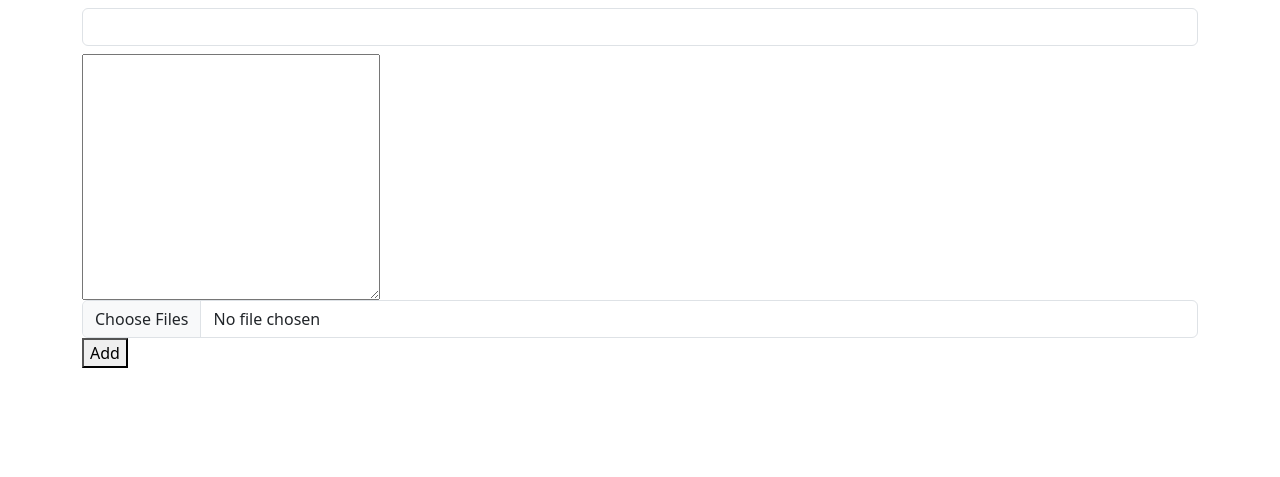
Repository: wasimalbokae2000/blogs
Page: http://localhost/posts/create
An editor plug-in stored every save of this project. The page is shown before and after the next save, followed by the edit.
The browser window is 1280 px wide. The pictures show the whole page.
The page is served by the project's Laravel application, run on PHP 8.4 with Laravel 12. Other server files are loaded and not shown.

Above is the page before, as saved 2024-11-27 23:08:12.

### routes/web.php
<?php

use Illuminate\Support\Facades\Route;
use App\Http\Controllers\PostController;
Route::get('/', function () {
    return view('welcome');
});

Route::get('/posts', [PostController::class, "index"])->name("posts");
Route::get('/posts/create', [PostController::class, "create"] )->name("posts.create");
Route::POST('/posts/store', [PostController::class, "store"] )->name("posts.store");
Route::get('/posts/show/id={id?}', [PostController::class, "show"] )->name("posts.show");
Route::get('/posts/edit/id={id?}', [PostController::class, "edit"] )->name("posts.edit");
Route::POST('/posts/update/id={id?}', [PostController::class, "update"] )->name("posts.update");
Route::get('/posts/delete/id={id?}', [PostController::class, "destroy"] )->name("posts.delete");

### app/Http/Controllers/PostController.php
<?php

namespace App\Http\Controllers;

use App\Models\Post;
use Illuminate\Http\Request;

class PostController extends Controller
{
    /**
     * Display a listing of the resource.
     */
    public function index()
    {
        $posts=Post::all();
        return view("posts.index",compact("posts"));
    }

    /**
     * Show the form for creating a new resource.
     */
    public function create()
    {
        return view("posts.create");
    }

    /**
     * Store a newly created resource in storage.
     */
    public function store(Request $request)
    {

        $arr_images=array();
        if($images=$request->file("image"))
        {
            foreach($images as $image)
            {
                $imgName=$image->getClientOriginalName() . '-'. uniqid() . '.'.$image->getClientOriginalExtension();
                $arr_images[]=$imgName;
                 $image->move(public_path("/images"),$imgName);
            }
            // $imgName=$request->file("image")->getClientOriginalName() . '-'. uniqid() . '.'.$request->file("image")->getClientOriginalExtension();
        }
        $p=Post::create([
            "title"=>$request->title,
            "description"=>$request->description,
            "image"=>implode('|',$arr_images)
            ]);
        if($p)
        return redirect()->route('posts');
        return view("posts.index");
    }

    /**
     * Display the specified resource.
     */
    public function show($id)
    {
        $post=Post::find($id);
        return view("posts.show",compact("post"));
    }
    public function showForEdit($id)
    {

    }

    /**
     * Show the form for editing the specified resource.
     */
    public function edit($id)
    {
        $post=Post::find($id);
        return view("posts.edit",compact("post"));
    }

    /**
     * Update the specified resource in storage.
     */
    public function update(Request $request, $id)
    {
        $post=POST::find($id);
        $post->title=$request->title;
        $post->description=$request->description;
        if($request->hasFile("image"))
        {
            $imgName=$request->file("image")->getClientOriginalName() . '-'. uniqid() . '.'.$request->file("image")->getClientOriginalExtension();
           $request->file("image")->move(public_path("/images"),$imgName);
           $post->image=$imgName;
        }
        $post->save();
        return redirect()->route('posts');
    }

    /**
     * Remove the specified resource from storage.
     */
    public function destroy($id)
    {
        $post = Post::find($id);
        $post->delete();
        return redirect()->route('posts');
    }
}

### resources/views/posts/create.blade.php
<link href="https://cdn.jsdelivr.net/npm/bootstrap@5.3.3/dist/css/bootstrap.min.css" rel="stylesheet" integrity="sha384-QWTKZyjpPEjISv5WaRU9OFeRpok6YctnYmDr5pNlyT2bRjXh0JMhjY6hW+ALEwIH" crossorigin="anonymous">

<div class="container">
    <form action="{{ route("posts.store") }}" enctype="multipart/form-data" method="POST">
        @method("POST")
        @csrf
        <div class="mt-2 mb-2">
            <input type="text" class="form-control" name="title">
        </div>
        <textarea name="description" id="" cols="30" rows="10"></textarea>
        <input class="form-control" type="file" name="image[]" multiple>
        <button type="submit">Add</button>
    </form>
</div>

<script src="https://cdn.jsdelivr.net/npm/bootstrap@5.3.3/dist/js/bootstrap.bundle.min.js" integrity="sha384-YvpcrYf0tY3lHB60NNkmXc5s9fDVZLESaAA55NDzOxhy9GkcIdslK1eN7N6jIeHz" crossorigin="anonymous"></script>

Loaded but not shown: app/Http/Controllers/Controller.php (common file)

After the next save:
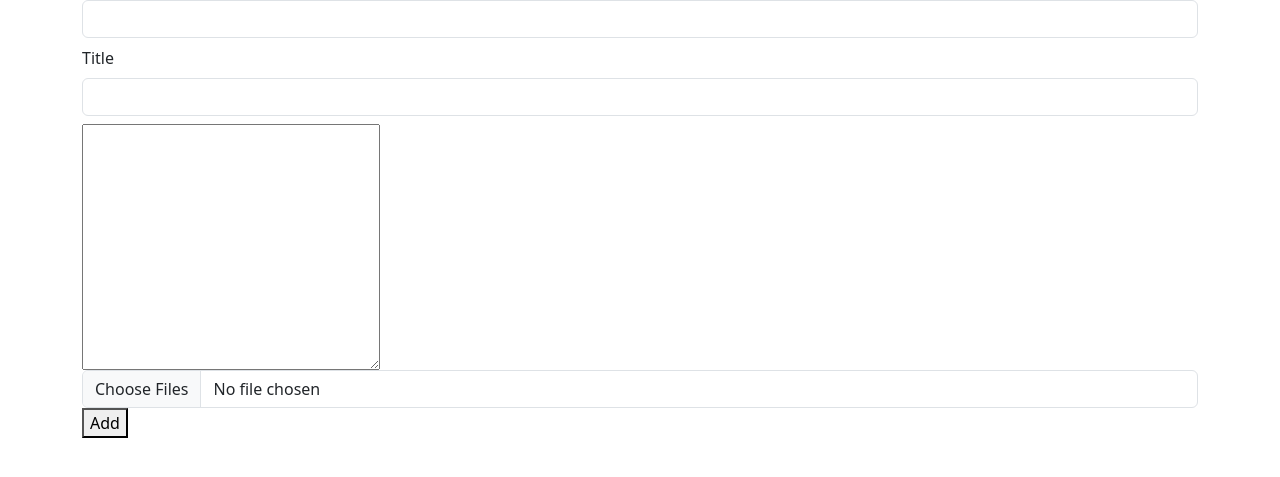
Saved 63 s later.
--- a/resources/views/posts/create.blade.php
+++ b/resources/views/posts/create.blade.php
@@ -4,9 +4,15 @@
     <form action="{{ route("posts.store") }}" enctype="multipart/form-data" method="POST">
         @method("POST")
         @csrf
-        <div class="mt-2 mb-2">
+        <div class="">
             <input type="text" class="form-control" name="title">
         </div>
+
+        <div class="mt-2 mb-2">
+            <label for="title" class="form-label">Title</label>
+            <input  class="form-control" id="title" >
+          </div>
+
         <textarea name="description" id="" cols="30" rows="10"></textarea>
         <input class="form-control" type="file" name="image[]" multiple>
         <button type="submit">Add</button>
